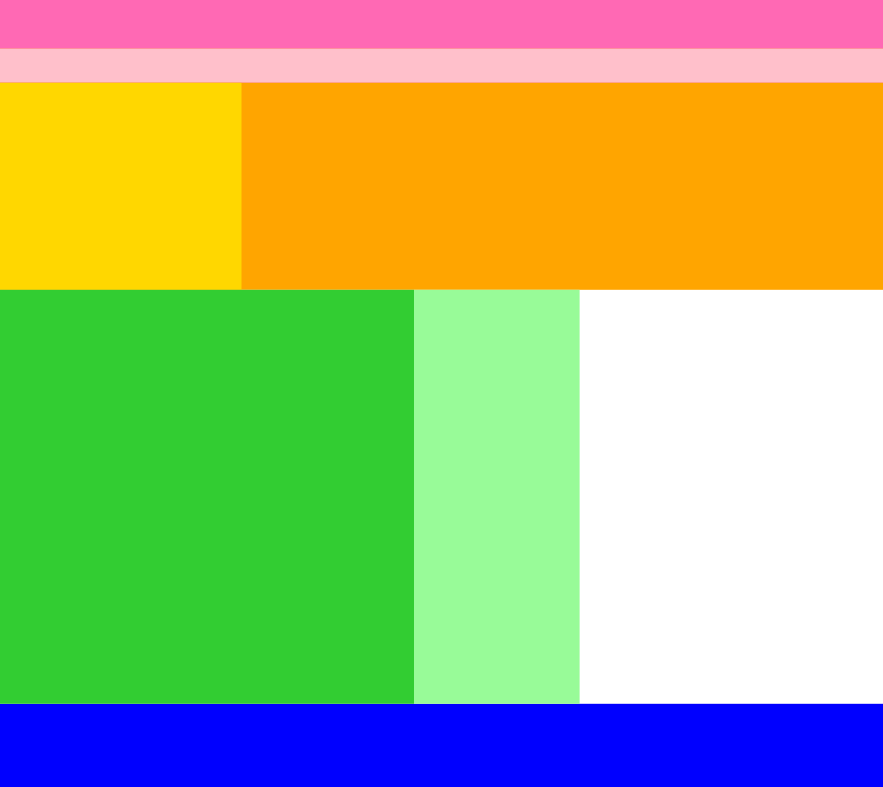
Repository: takanauti/task
Page: caravan/index.html
The author's editor kept a record of every edit. The page is drawn from the files as they stood at one moment, then again after the next edit.
The browser window is 1280 px wide. The pictures show the whole page, at 69% of full size.

Above is the page before.

### caravan/index.html
<!DOCTYPE html>
<html lang="ja">
  <head>
    <meta charset="UTF-8" />
    <!-- CSSファイルの読み込み -->
    <link rel="stylesheet" href="style.css" />
    <title>CARAVAN</title>
  </head>

  <body>
   <!-- header用のdiv -->
    <div class="header">
      <div class="header-top"></div>
      <div class="header-bottom"></div>
        <!-- main-visual用のdiv -->
    <div class="main-visual">
    <div class="main-visual-content"></div>

    </div>

      <!-- main用のdiv -->
    <div class="main">
       <div class="blog"></div>
      <div class="sidebar"></div>
    </div>

     <!-- footer用のdiv -->
     <div class="footer"></div>

    </body>
</html>

### caravan/style.css
/* ブラウザがそれぞれ持っているCSSをリセットするための記述 */
* {
  margin: 0;
  padding: 0;
  box-sizing: border-box;
}

.header {
  width: 100%; /* 横幅いっぱい */
  height: 120px; /* 高さ120px */
  background-color: red; /* 背景色red */
}

.header-top {
  width: 100%; /* 横幅いっぱい */
  height: 70px; /* 高さ100px */
  background-color: hotpink; /* 背景色hotpink */
}

.header-bottom {
  width: 100%; /* 横幅いっぱい */
  height: 50px; /* 高さ100px */
  background-color: pink; /* 背景色pink */
}
.main-visual {
  width: 100%; /* 横幅いっぱい */
  height: 300px; /* 高さ300px */
  background-color: orange; /* 背景色orange */
}

.main-visual-content {
  width: 350px; /* 横幅350px */
  height: 300px; /* 親の高さに揃える */
  background-color:gold; /* 背景色gold */
}

.main {
  width: 840px;


  display:flex;
  justify-content:center;
  margin:0auto;
}

.blog {
  width: 600px; /* 横幅600px */
  height: 600px; /* 高さ600px */
  background-color: limegreen; /* 背景色limegreen */
}

.sidebar {
  width: 240px; /* 横幅240px */
  height: 600px; /* 高さ600px */
  background-color: palegreen; /* 背景色palegreen */
}

.footer {
  width: 100%; /* 横幅いっぱい */
  height: 120px; /* 高さ120px */
  background-color: blue; /* 背景色blue */
}

After the next edit:
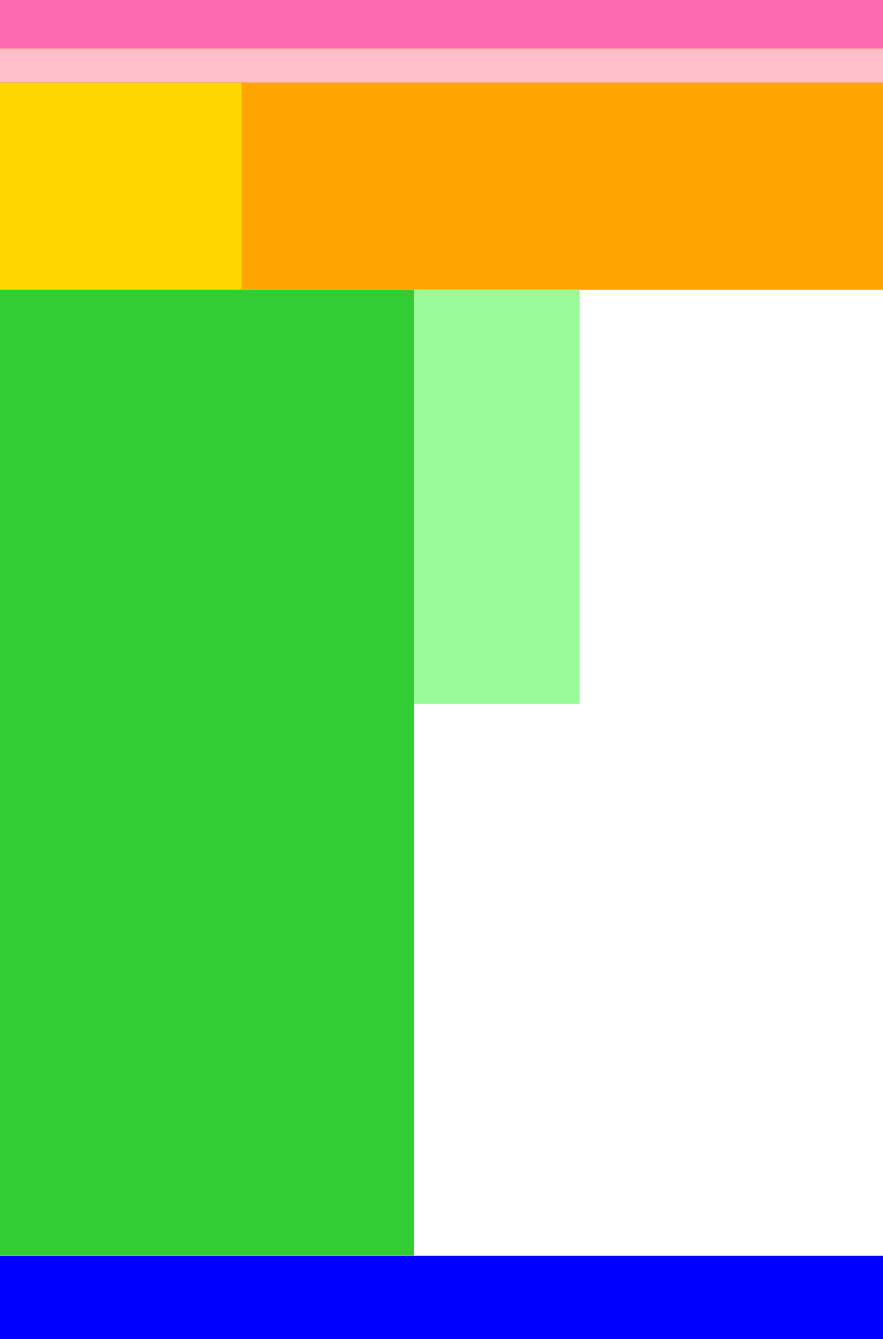
The edit:
--- a/caravan/style.css
+++ b/caravan/style.css
@@ -45,7 +45,7 @@
 
 .blog {
   width: 600px; /* 横幅600px */
-  height: 600px; /* 高さ600px */
+  height: 1400px; /* 高さ600px */
   background-color: limegreen; /* 背景色limegreen */
 }
 
